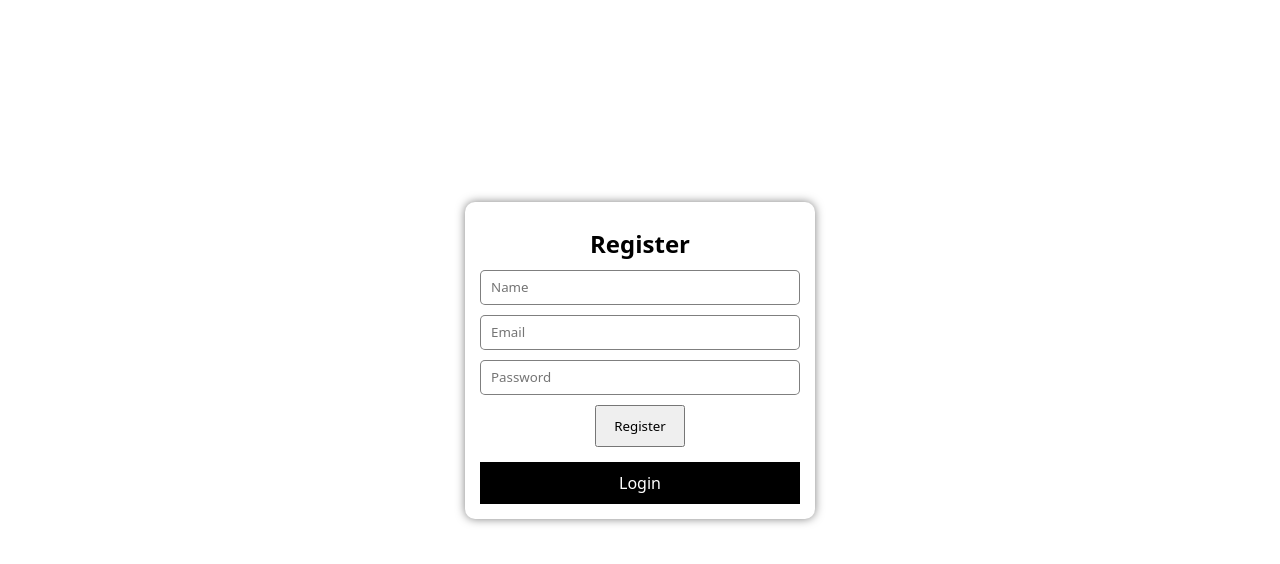
Repository: SanjaySokal/learn-java
Page: http://localhost/ServletProject/register.jsp
These files come from the project's save history. The page is drawn as it stood at one moment and after the next save; the edit follows.
The browser window is 1280 px wide. The pictures show the whole page.
The pointer rests on the first visible `form a`.
The page is served by Tomcat 9. Other server files are loaded and not shown.

Above is the page before, as saved 2023-09-09 03:18:13.

### ServletProject/src/main/webapp/register.jsp
<%@ page language="java" contentType="text/html; charset=UTF-8"
    pageEncoding="UTF-8"%>
<!DOCTYPE html>
<html>
<head>
	<meta charset="UTF-8">
	<title>Register</title>
	<link rel="stylesheet" href="style.css">
</head>
<body>
	<div class="body-center">
		<form method="post" action="register">
			<h2>Register</h2>
			<input type="text" placeholder="Name" name="name" required>
			<input type="email" placeholder="Email" name="email" required>
			<input type="password" placeholder="Password" name="password" required>
			<button type="submit">Register</button>
			<a href="login.jsp">Login</a>
		</form>
	</div>
</body>
</html>

### ServletProject/src/main/webapp/style.css
@charset "UTF-8";
* {
	margin: 0;
	padding: 0;
	box-sizing: border-box;
	font-family: system-ui, -apple-system, BlinkMacSystemFont, 'Segoe UI', Roboto, Oxygen, Ubuntu, Cantarell, 'Open Sans', 'Helvetica Neue', sans-serif;
}

.body-center {
	display: flex;
	align-items: center;
	justify-content: center;
	height: 100vh;
}

form {
	max-width: 350px;
	border-radius: 10px;
	box-shadow: 0 0 10px rgba(0, 0, 0, 0.5);
	padding: 15px;
}

form h2 {
	text-align: center;
	margin: 10px auto;
}

form input {
	width: 100%;
	outline: none;
	border: 1px solid rgba(0, 0, 0, 0.5);
	border-radius: 5px;
	height: 35px;
	margin-bottom: 10px;
	padding: 0 10px;
}

form button {
	padding: 10px 17px;
	cursor: pointer;
	display: block;
	margin: 0px auto;
}

form a {
	text-decoration: none;
	color: #fff;
	display: block;
	text-align: center;
	margin-top: 15px;
	background-color: #000;
	padding: 10px;
}

After the next save:
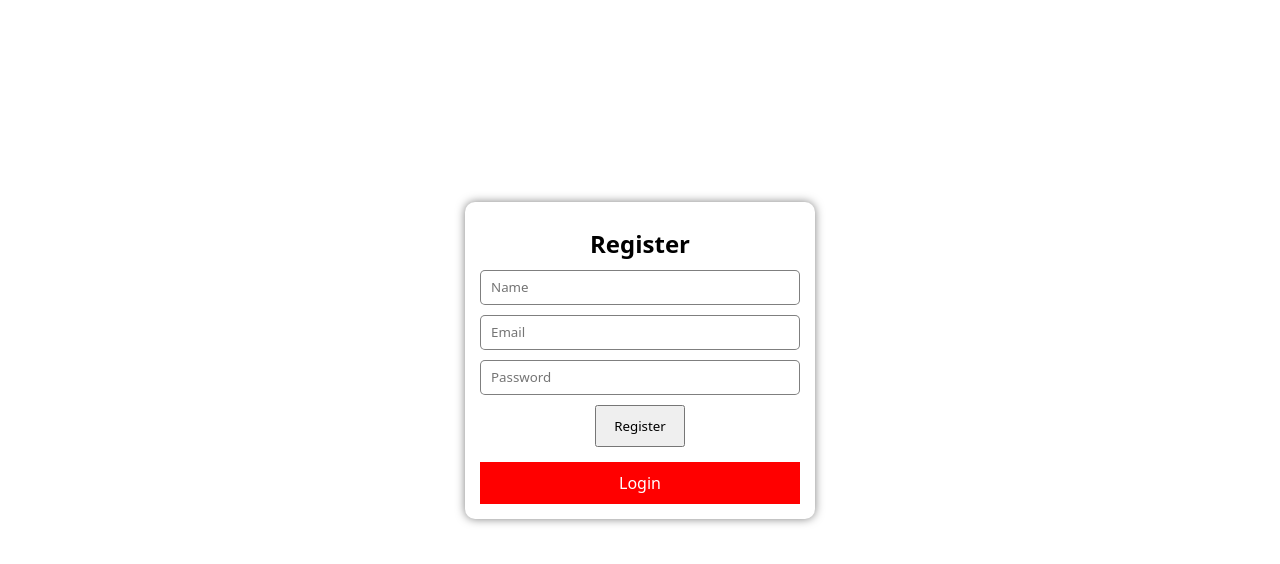
Saved 34 s later.
--- a/ServletProject/src/main/webapp/style.css
+++ b/ServletProject/src/main/webapp/style.css
@@ -51,3 +51,7 @@
 	background-color: #000;
 	padding: 10px;
 }
+
+form a:hover {
+	background-color: #ff0000;
+}
